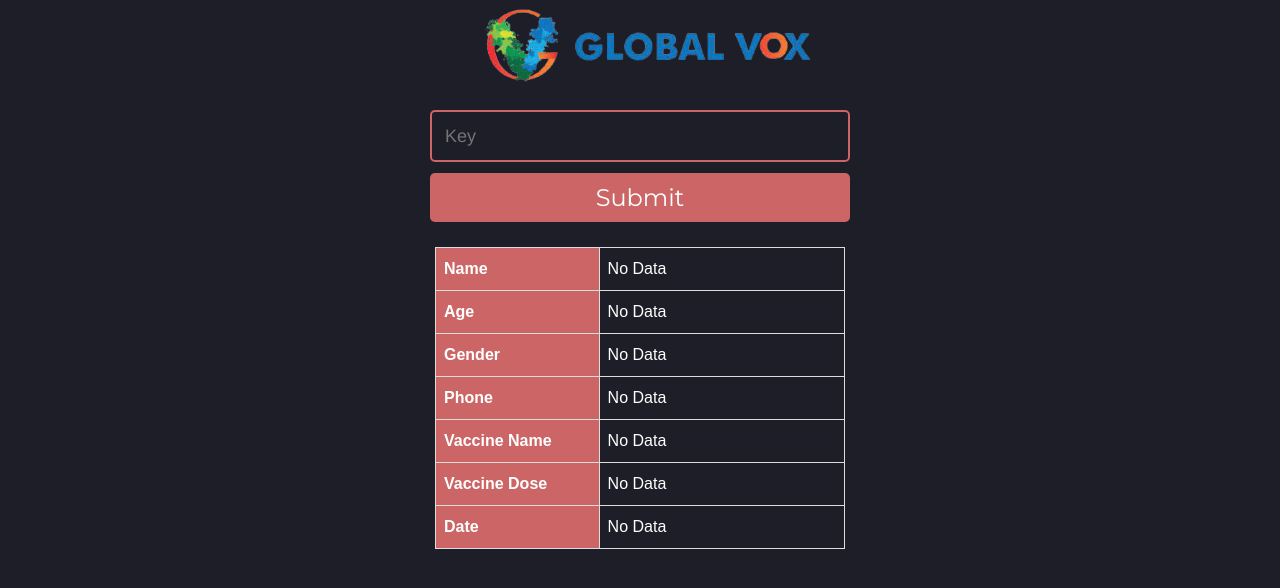
Repository: TheDARKFURY/Hyperledger-Fabric-Covid-Vaccine-Tracker-
Page: http://localhost/FebDemoNew/display.html
An editor plug-in stored every save of this project. The page is shown before and after the next save, followed by the edit.
The browser window is 1280 px wide. The pictures show the whole page.
The page is served by Tomcat 9. Other server files are loaded and not shown.

Above is the page before, as saved 2022-02-25 12:14:28.

### eclipse-workspace/FebDemoNew/src/main/webapp/display.html
<!DOCTYPE html>
<html>
<head>
<link rel="stylesheet" href="style.css" >
<meta charset="UTF-8">
<title>Display</title>
<style>
.result tr, .result td, .result th {color: #FFFFFF; text-align: left}
.result {text-align: center; width: 410px; margin: 0 auto}
.result table {width: 100%}
#isLoading {display: none; color: #FFFFFF; margin-left: 15px}
</style>
</head>
<body>

<div>
	<img src="globalvoximg-removebg.png" class="img">
</div>

<form action="ClientAppDisplay">

	<input name="key" type="text" class="feedback-input" id="keyInput" placeholder="Key" required="required"/>

	<input type="button" onClick="fetchData(document.getElementById('keyInput').value)" value="Submit"/>
	<span id="isLoading">Loading... </span>
</form>
<div class="result">
	<table  cellPadding="5" cellSpacing="0">
		<tr>
			<th width="40%">Name</th>
			<td id="dataName">No Data</td>
		</tr>
		<tr>
			<th>Age</th>
			<td id="dataAge">No Data</td>
		</tr>
		<tr>
			<th>Gender</th>
			<td id="dataGender">No Data</td>
		</tr>
		<tr>
			<th>Phone</th>
			<td id="dataPhone">No Data</td>
		</tr>
		<tr>
			<th>Vaccine Name</th>
			<td id="dataVaccineName">No Data</td>
		</tr>
		<tr>
			<th>Vaccine Dose</th>
			<td id="dataVaccineDose">No Data</td>
		</tr>
		<tr>
			<th>Date</th>
			<td id="dataDate">No Data</td>
		</tr>
	</table>
</div>

<script type="text/javascript">
fetchData = (key)=>{
	document.getElementById('isLoading').style.display = "inline-block";
	fetch('http://localhost:8888/FebDemoNew/ClientAppDisplay?key=' + key)
	.then(data => data.json())
	.then(data => {
		document.getElementById('isLoading').style.display = "none";
		console.log(data);
		document.getElementById('dataName').innerHTML = data.name;
		document.getElementById('dataAge').innerHTML = data.age;
		document.getElementById('dataGender').innerHTML = data.gender;
		document.getElementById('dataPhone').innerHTML = data.identity;
		document.getElementById('dataVaccineName').innerHTML = data.vaccineName;
		document.getElementById('dataVaccineDose').innerHTML = data.vaccineDose;
		document.getElementById('dataDate').innerHTML = data.date1;

	});
};
//fetchData(5001);
</script>


</body>
</html>

### eclipse-workspace/FebDemoNew/src/main/webapp/style.css
@import url(https://fonts.googleapis.com/css?family=Montserrat:400,700);

body { background:rgb(30,30,40);position:fixed;top:0;left:0;bottom:0;right:0;font-family: 'Montserrat', Arial, Helvetica, sans-serif;}
form { max-width:420px; margin:25px auto; }
.link-div{
	display:block;
	max-width:420px;
	margin:0 auto;
}
.feedback {
  color: grey;
  font-family: Helvetica, Arial, sans-serif;
  font-weight:500;
  font-size: 18px;
  line-height: 22px;
  transition: all 0.3s;
  outline:0;
  background: rgb(30,30,40);
  margin-left:0;
  margin-right:0;

}
.img{

  display: block;
 margin: 0 auto;
  width: 340px;


}

.feedback-input {
  color: grey;
  font-family: Helvetica, Arial, sans-serif;
  font-weight:500;
  font-size: 18px;
  border-radius: 5px;
  line-height: 22px;
  background-color: transparent;
  border:2px solid #CC6666;
  transition: all 0.3s;
  padding: 13px;
  margin-bottom: 15px;
  width:100%;
  box-sizing: border-box;
  outline:0;
}

.feedback-input option{    background: rgb(30,30,40);
  color: grey;padding: 10px;}
.gender{    font-size: 22px;
  color:grey;
  display: flex;
  justify-content: space-around;
padding-bottom: 11px;
}


.female{
  padding-left: 20px;
}
feedback-input:focus { border:2px solid #CC4949; }

textarea {
  height: 150px;
  line-height: 150%;
  resize:vertical;
}
[type="submit"],[type="button"]{
	width: 100%;
}
a{
	padding:0;
}
.mg-l{
	margin-left:3px;
}
button{
	width:49%;
	padding:0;
}
[type="submit"],[type="button"],button {
  font-family: 'Montserrat', Arial, Helvetica, sans-serif;
  background:#CC6666;
  border-radius:5px;
  border:0;
  cursor:pointer;
  color:white;
  font-size:24px;
  padding-top:10px;
  padding-bottom:10px;
  transition: all 0.3s;
  margin-top:-4px;
  font-weight:300;
}
[type="submit"]:hover ,button:hover,[type="button"]:hover{ background:   #ec5d40; }





table {
  font-family: Arial, Helvetica, sans-serif;
  border-collapse: collapse;
  width: 100%;
  border:0;
  border-radius:5px;
}

table td, table th {
  border: 1px solid #ddd;
  padding: 8px;
}

/*
table tr:nth-child(even){background-color: #f2f2f2;}

table tr:hover {background-color: #ddd;}*/

table th {
  padding-top: 12px;
  padding-bottom: 12px;
  text-align: left;
  background:#CC6666;
  color: white;
}

After the next save:
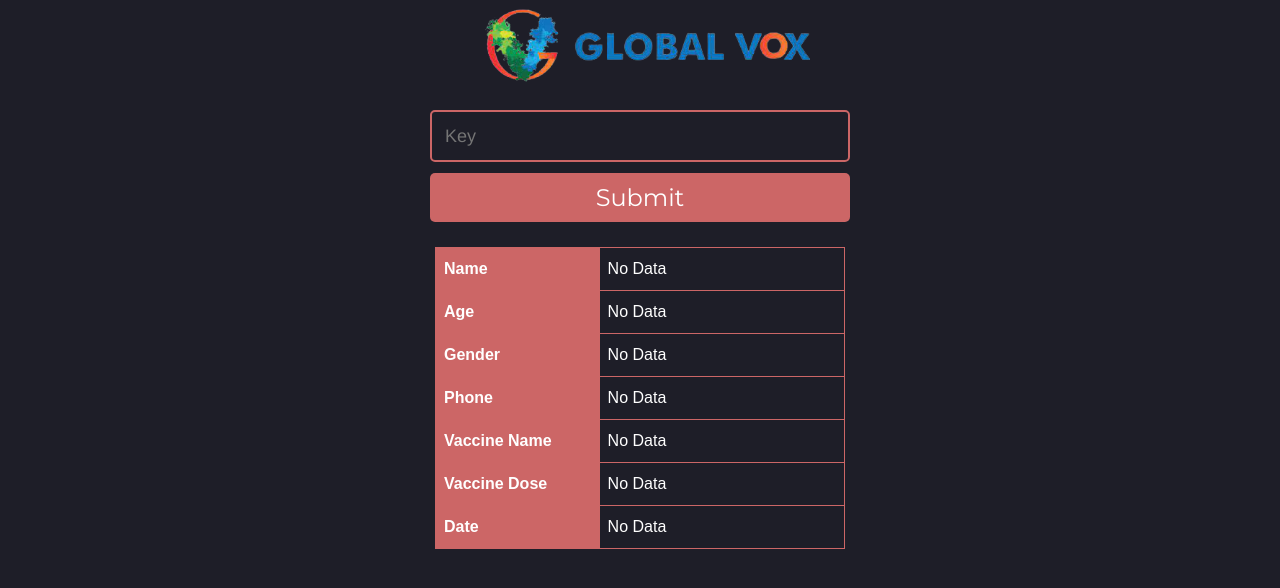
Saved 74 s later.
--- a/eclipse-workspace/FebDemoNew/src/main/webapp/style.css
+++ b/eclipse-workspace/FebDemoNew/src/main/webapp/style.css
@@ -108,7 +108,7 @@
 }
 
 table td, table th {
-  border: 1px solid #ddd;
+  border: 1px solid #CC6666;
   padding: 8px;
 }
 
